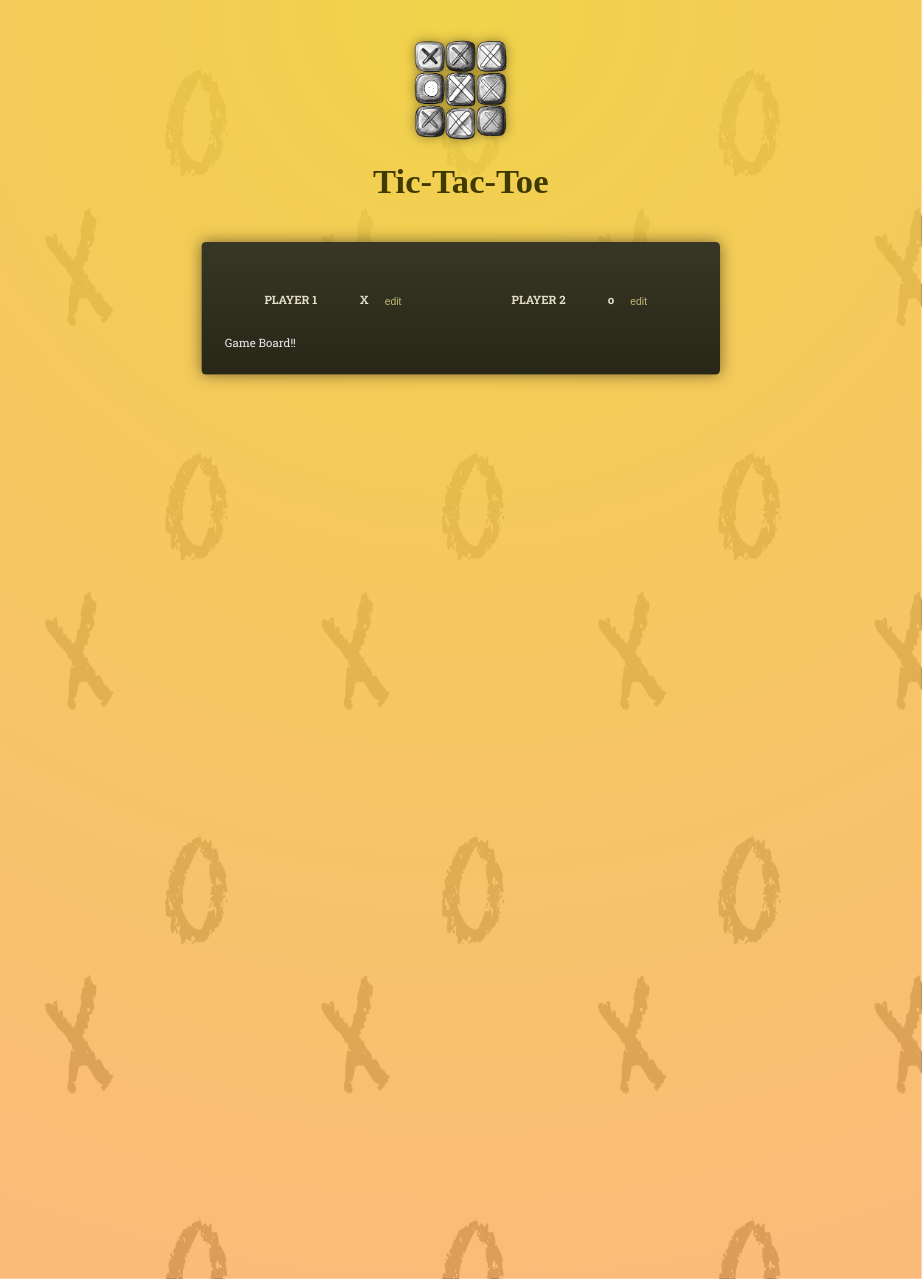
Repository: PrateekSahu9808/Tic_tac__toe_game
Page: /
These files come from the project's save history. The page is drawn as it stood at one moment and after the next save; the edit follows.
The browser window is 1280 px wide. The pictures show the whole page, at 72% of full size.
Some web fonts or font styles are not loaded; a fallback is used. The project was rebuilt for these pictures with package versions that can differ from the ones it lists, and the page was loaded fresh each time. Also part of the build but not shown: vite.config.js.

Above is the page before, as saved 2024-04-15 23:59:33.

After the next save:
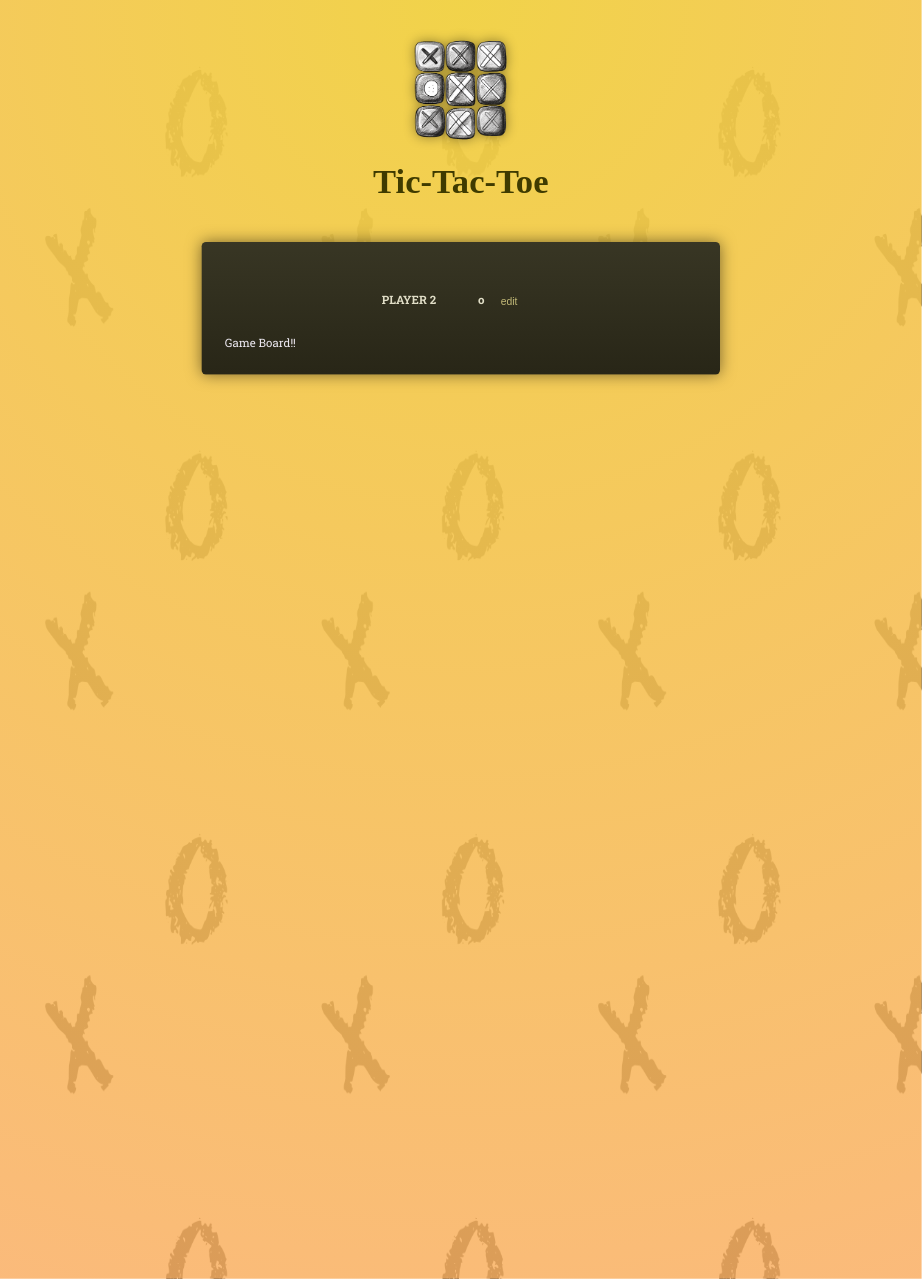
Saved 11 s later.
--- a/src/App.jsx
+++ b/src/App.jsx
@@ -3,13 +3,7 @@ function App() {
     <main>
       <div id="game-container">
         <ol id="players">
-          <li>
-            <span className="player">
-              <span className="player-name">Player 1</span>
-              <span className="player-symbol">X</span>
-            </span>
-            <button>edit</button>
-          </li>
+
           <li>
             <span className="player">
               <span className="player-name">Player 2</span>
